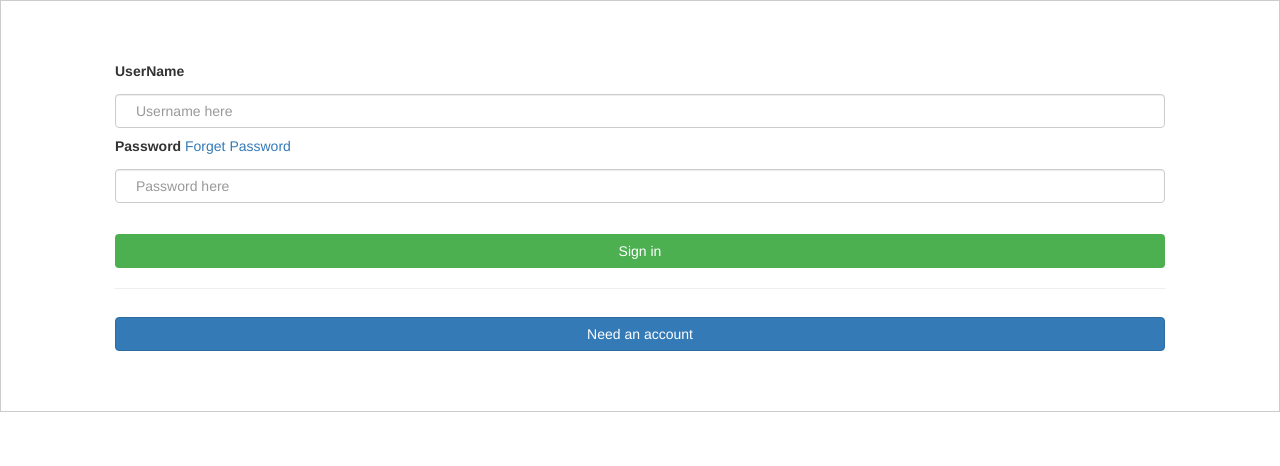
Repository: hamshini/demopro
Page: wippro/Application/WebContent/signin.html
These files come from the project's save history. The page is drawn as it stood at one moment and after the next save; the edit follows.
The browser window is 1280 px wide. The pictures show the whole page.

Above is the page before, as saved 2018-01-10 03:51:56.

### wippro/Application/WebContent/signin.html
<!DOCTYPE html>
<html>
<head>
<meta charset="ISO-8859-1">
<!-- <link rel="stylesheet" type="text/css" href="style.css"> -->
  <link rel="stylesheet" href="https://maxcdn.bootstrapcdn.com/bootstrap/3.3.7/css/bootstrap.min.css">
<title>SignIn</title>
</head>
<style>
input[type=text], input[type=password] {
    width: 100%;
    padding: 12px 20px;
    margin: 8px 0;
    display: inline-block;
    border: 1px solid #ccc;
    box-sizing: border-box;
}
button {
    background-color: #4CAF50;
    color: white;
    padding: 14px 20px;
    margin: 8px 0;
    border: none;
    cursor: pointer;
    width: 100%;
}

.needacc {
	padding: 14px 20px;
	background-color: #008CBA;
}
.container {
    padding: 60px;
}
.needacc,.signinbtn {
    float: left;
    width: 30%;
}
.signinbtn {
	padding: 14px 50px;
	background-color: #4CAF50;
}
.clearfix::after {
    content: "";
    clear: both;
    display: table;
}
</style>
<body>
	<form action="/action_page.php" style="border:1px solid #ccc">
	 <div class="container">
		<div class="form-group">
			<label for="auth"><b>UserName</b></label><br>
			<input type="text"
				placeholder="Username here" id="auth" class="form-control" name="user"
				required><br>

				 <label><b>Password</b></label>
				 <a href="forgetpass.html">Forget Password</a>
				<br>
			<input type="password" placeholder="Password here" class="form-control"
				name="pwd" required> <br>
		</div>
		<div class="clearfix">
			<button type="button" class="btn btn-secondary">Sign in</button>

		</div>
		<hr>
		<div class="clearfix">
			<button type="button" class="btn btn-primary">Need an account</button>

		</div>
		</div>
	</form>
</body>
</html>

After the next save:
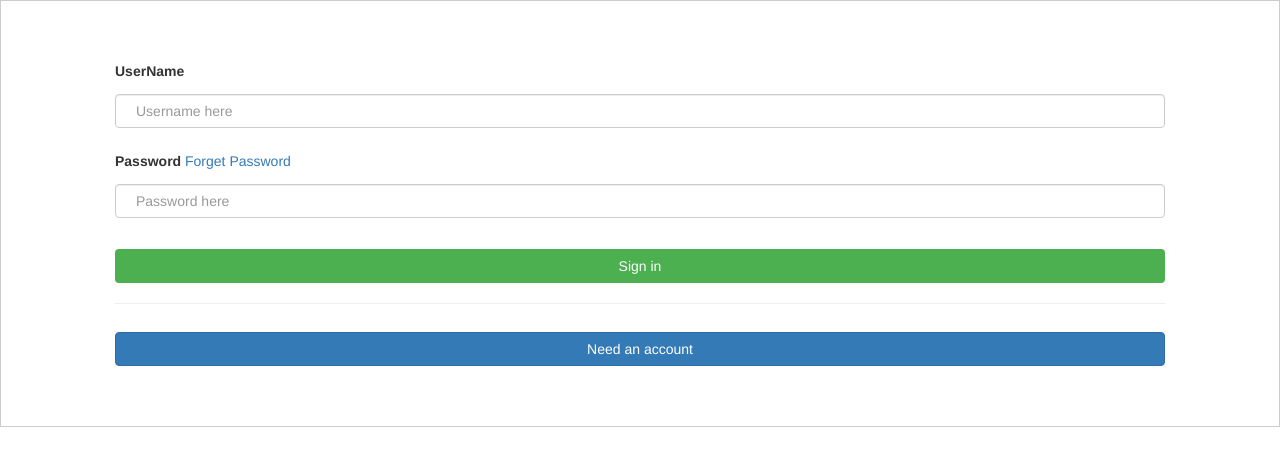
Saved 69 s later.
--- a/wippro/Application/WebContent/signin.html
+++ b/wippro/Application/WebContent/signin.html
@@ -54,7 +54,8 @@ button {
 			<input type="text"
 				placeholder="Username here" id="auth" class="form-control" name="user"
 				required><br>
-
+				</div>
+				<div class="form-group">
 				 <label><b>Password</b></label>
 				 <a href="forgetpass.html">Forget Password</a>
 				<br>
